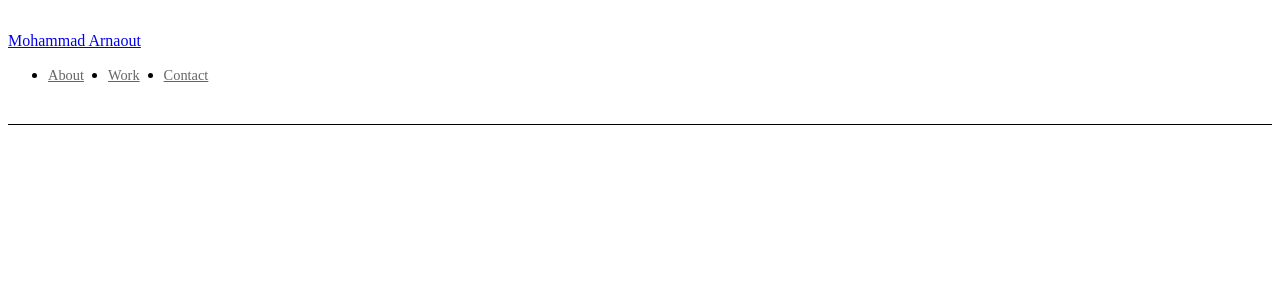
Repository: Moh-Arna/Moh-Arna
Page: index.html
An editor plug-in stored every save of this project. The page is shown before and after the next save, followed by the edit.
The browser window is 1280 px wide. The pictures show the whole page.

Above is the page before, as saved 2026-04-22 09:37:13.

### index.html
<!DOCTYPE html>
<html lang=""en>
<head>
  <meta charset="UTF-8">
  <meta name="viewport" content="width=device-width, initial-scale=1.0">
  <title>[Mohammad Arnaout] — Portfolio</title>

  <link rel="stylesheet" href="styles/globals.css">
  <link rel="stylesheet" href="styles/index.css">
</head>

<header class="header">

    <div class="container-header-inner">

        <a href="/" class="name">Mohammad Arnaout</a>

        <nav aria-label="Main Navigation">

            <ul class="nav">

                <li>
                    <a href="#about">About</a>
                </li>

                <li>
                    <a href="#work">Work</a>
                </li>

                <li>
                    <a href="#contact">Contact</a>
                </li>

            </ul>

        </nav>

    </div>

</header>


</html>

### styles/globals.css
:root{
    --bg:#fafafa;
    --text: #111;
    --muted: #666;
    --border: #e5e5e5;
}

### styles/index.css
.header{
    padding: 1.5rem 0;
    border-bottom: 1px solid;
}

.header-inner{
    display: flex;
    justify-content: space-between;
    align-items: center;
}

.nav{
    display: flex;
    gap: 1.5rem;
}

.nav a{
    color: var(--muted);
    font-size: 0.9rem;
}

.nav a:hover{
    color: var();
}

After the next save:
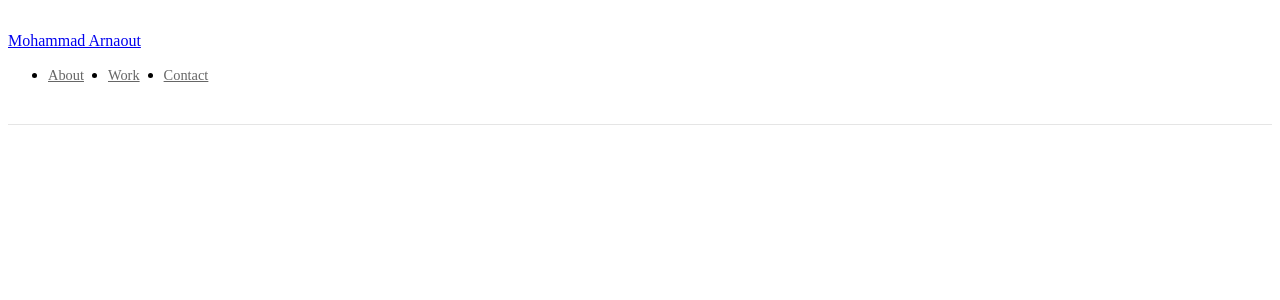
Saved 24 s later.
--- a/styles/index.css
+++ b/styles/index.css
@@ -1,6 +1,6 @@
 .header{
     padding: 1.5rem 0;
-    border-bottom: 1px solid;
+    border-bottom: 1px solid var(--border);
 }
 
 .header-inner{
@@ -20,5 +20,5 @@
 }
 
 .nav a:hover{
-    color: var();
+    color: var(--text);
 }
